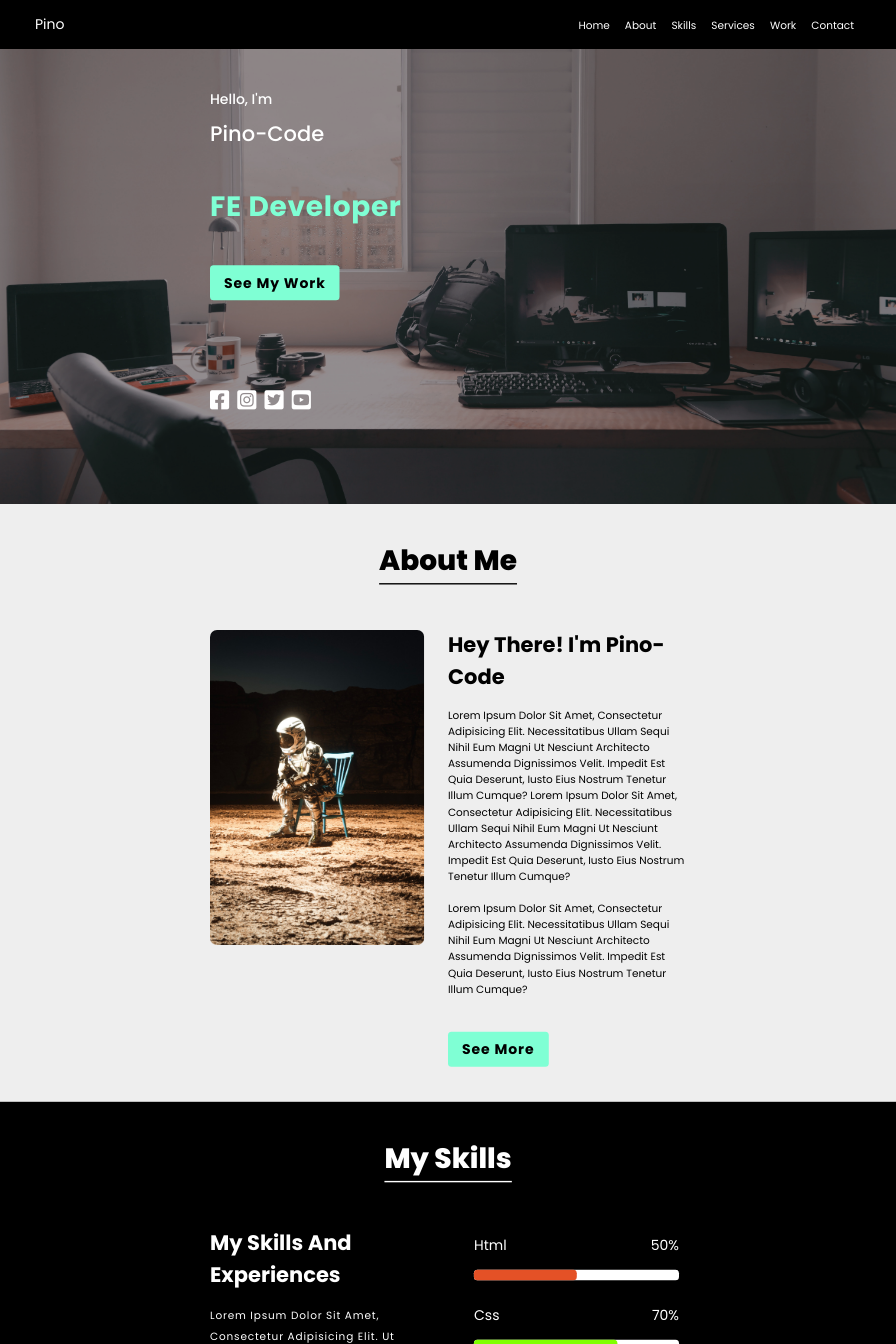
Repository: Pinocoding/New
Page: index.html
An editor plug-in stored every save of this project. The page is shown before and after the next save, followed by the edit.
The browser window is 1280 px wide. The pictures show the part of the page from y = 0 to 1920 px (the page is 7580 px tall before and 7589 px after), at 70% of full size.
Backgrounds fixed to the window are drawn as part of the page.

Above is the page before, as saved 2021-10-16 13:30:27.

### index.html
<!DOCTYPE html>
<html lang="en">
<head>
  <meta charset="UTF-8">
  <meta http-equiv="X-UA-Compatible" content="IE=edge">
  <meta name="viewport" content="width=device-width, initial-scale=1.0">
  <title>Document</title>
  <link rel="stylesheet" href="style.css">
  <link rel="stylesheet" href="https://cdnjs.cloudflare.com/ajax/libs/font-awesome/6.0.0-beta2/css/all.min.css" integrity="sha512-YWzhKL2whUzgiheMoBFwW8CKV4qpHQAEuvilg9FAn5VJUDwKZZxkJNuGM4XkWuk94WCrrwslk8yWNGmY1EduTA==" crossorigin="anonymous" referrerpolicy="no-referrer" />


</head>
<body>
  <!-- scrollt to top button -->
  <div class="scrollToTop-btn">
    <i class="fas fa-angle-up"></i>
  </div>
  <!-- header -->
  <header>
    <a href="#main" class="brand">Pino</a>
    <div class="menu-btn"></div>
    <div class="navigation">
        <a href="#main">home</a>
        <a href="#about">About</a>
        <a href="#skills">Skills</a>
        <a href="#services">Services</a>
        <a href="#work">Work</a>
        <a href="#contact">Contact</a>
    </div>
  </header>
  <!--  -->
  <!-- section main  -->
  <section class="main">
    <div class="layout"></div>
    <div class="content">
    <h2>hello, I'm<br><span>Pino-code</span></h2>
    <div class="animated-text">
      <h3>FE developer</h3>
      <h3>Best Yasuo TT 7</h3>
      <h3>Best NoVo CS GO</h3>
    </div>
    <a href="#about" class="btn">see my work</a>
    <div class="media-icon">
      <a href="#"><i class="fab fa-facebook-square"></i></a>
      <a href="#"><i class="fab fa-instagram-square"></i></a>
      <a href="#"><i class="fab fa-twitter-square"></i></a>
      <a href="#"><i class="fab fa-youtube-square"></i></a>
    </div>
  </div>

  </section>
  <!--  -->
  <!-- section about -->
  <section class="about" id="about">
    <!-- title -->
    <div class="title">
      <h2 class="section-title">
        about me
      </h2>
    </div>
    <!--  -->
    <!-- content -->
    <div class="content">
      <div class="column col-left">
        <div class="img-card">
          <img src="/img/002.jpg" alt="">
        </div>
      </div>
      <div class="column col-right">
        <h2 class="content-title">Hey there! i'm pino-code</h2>
        <p>Lorem ipsum dolor sit amet, consectetur adipisicing elit. Necessitatibus ullam sequi nihil eum magni ut nesciunt architecto assumenda dignissimos velit. Impedit est quia deserunt, iusto eius nostrum tenetur illum cumque?
          Lorem ipsum dolor sit amet, consectetur adipisicing elit. Necessitatibus ullam sequi nihil eum magni ut nesciunt architecto assumenda dignissimos velit. Impedit est quia deserunt, iusto eius nostrum tenetur illum cumque?
          <br>
          <br>
          Lorem ipsum dolor sit amet, consectetur adipisicing elit. Necessitatibus ullam sequi nihil eum magni ut nesciunt architecto assumenda dignissimos velit. Impedit est quia deserunt, iusto eius nostrum tenetur illum cumque?
        </p>
        <a href="#about" class="btn">See more</a>
      </div>
    </div>
      <!--  -->


    </section>
    <!--  -->

        <!-- section skills -->
    <section class="skills" id="skills">
      <div class="title">
        <h2 class="section-title">
          my skills
        </h2>
      </div>
      <div class="content">
        <div class="column col-left">
          <h2 class="content-title">
            my skills and experiences</h2>
            <p>Lorem ipsum dolor sit amet, consectetur adipisicing elit. Ut amet doloremque ratione quam quos dolores nesciunt nam eaque esse cum obcaecati voluptas unde, magnam mollitia ducimus libero! Ducimus, fugiat recusandae.<br>
            Lorem ipsum dolor sit amet consectetur, adipisicing elit. Voluptas quia expedita omnis perspiciatis, similique voluptates doloribus error odio vitae voluptatem pariatur repellat reiciendis laudantium, autem minus ad placeat facere accusantium?</be></p>
            <a href="#" class="btn">see more</a>
        </div>

      <div class="column col-right">
        <div class="bar">
          <div class="infor">
            <span>html</span>
            <span>50%</span>
          </div>
          <div class="line html"></div>
        </div>
        <div class="bar">
          <div class="infor">
            <span>css</span>
            <span>70%</span>
          </div>
          <div class="line css"></div>
        </div>
        <div class="bar">
          <div class="infor">
            <span>javascript</span>
            <span>20%</span>
          </div>
          <div class="line javascript"></div>
        </div>
        <div class="bar">
          <div class="infor">
            <span>jquery</span>
            <span>20%</span>
          </div>
          <div class="line jquery"></div>
        </div>
      </div>

      </div>
    </section>
    <!--  -->
    <!-- section services -->
<section class="services" id="services">
  <div class="title">
    <h2 class="section-title">
      my services
    </h2>
    <p>Lorem ipsum dolor sit amet consectetur adipisicing elit. Quasi, iusto. Odio tempore maxime minus nihil est nemo, impedit libero ipsa dolorem voluptatibus sed voluptatum, porro deserunt, sapiente tempora quae dolorum.</p>
  </div>
  <div class="content">
    <div class="card">
      <div class="service-icon">
        <i class='fas fa-palette'></i>
      </div>
      <div class="infor">
        <h3>web design</h3>
        <p>Lorem ipsum dolor sit amet consectetur adipisicing elit. Voluptate quibusdam debitis, ratione assumenda laudantium ullam fuga quos eos beatae commodi fugit a .

        </p>
      </div>

    </div>
    <div class="card">
      <div class="service-icon">
        <i class='far fa-file-code'></i>
      </div>
      <div class="infor">
        <h3>web development</h3>
        <p>Lorem ipsum dolor sit amet consectetur adipisicing elit. Voluptate quibusdam debitis, ratione assumenda laudantium ullam fuga quos eos beatae commodi fugit a . </p>
      </div>

    </div>
    <div class="card">
      <div class="service-icon">
        <i class='far fa-object-group'></i>
      </div>
      <div class="infor">
        <h3>motion graphic design</h3>
        <p>Lorem ipsum dolor sit amet consectetur adipisicing elit. Voluptate quibusdam debitis, ratione assumenda laudantium ullam fuga quos eos beatae commodi fugit a .</p>
      </div>

    </div>
  </div>


</section>
<!--  -->
<!-- section work  -->
<section class="work" id="work">
  <div class="title">
    <div class="section-title">my work</div>
  </div>
  <div class="content">
    <div class="card">
      <div class="card-img">
        <img src="/img/1.jpg" alt="">
      </div>
    </div>
    <div class="card">
      <div class="card-img">
        <img src="/img/2.jpg" alt="">
      </div>
    </div>
    <div class="card">
      <div class="card-img">
        <img src="/img/3.jpg" alt="">
      </div>
    </div>
    <div class="card">
      <div class="card-img">
        <img src="/img/4.jpg" alt="">
      </div>
    </div>
    <div class="card">
      <div class="card-img">
        <img src="/img/5.jpg" alt="">
      </div>
    </div>
    <div class="card">
      <div class="card-img">
        <img src="/img/boy.jpg" alt="">
      </div>




    </div>
    <div class="title">
      <a href="#" class="btn">See All</a>
    </div>



  </div>

</section>
<!--  -->

<!-- contact -->
<section class="contact" id="contact">
  <div class="title">
    <h2 class="section-title">
      contact Me
    </h2>
  </div>
  <div class="content">
    <div class="row">
      <div class="card">
        <div class="contact-icon">
          <i class="fas fa-map-marker-alt"></i>

        </div>
        <div class="infor">
          <h3>address</h3>
          <span>addess,city,country</span>
        </div>
        </div>
        <div class="card">
          <div class="contact-icon">
            <i class="fas fa-phone"></i>

          </div>
          <div class="infor">
            <h3>phone</h3>
            <span>+000000000</span>
          </div>
        </div>
          <div class="card">
            <div class="contact-icon">
              <i class="far fa-envelope"></i>

            </div>
            <div class="infor">
              <h3>email address</h3>
              <span>contact@email.com</span>
            </div>
          </div>
          <di class="card">
            <div class="contact-icon">
              <i class="fas fa-globe"></i>

            </div>
            <div class="infor">
              <h3>website</h3>
              <span>my website.com</span>
            </div>
          </di v>
    </div>
    <!-- quan trọng [form] -->
    <div class="row">
      <div class="contact-form">
        <h3>Send Message</h3>
        <div class="input-box">
          <input type="text" name="" value="" placeholder="Name">
        </div>
        <div class="input-box">
          <input type="text" name="" value="" placeholder="Email">
        </div>
        <div class="input-box">
          <textarea name="name" rows="8" cols="80" placeholder="Message"></textarea>
        </div>
        <div class="input-box">
          <input type="submit" class="send-btn" name="" value="send">
        </div>
      </div>

    </div>


</section>
<!--  -->
<!--  -->
<footer class="footer">
  <span class="footer-title">
    pino-code
  </span>
<p>copyright @2021 <a href="#">Pino-code</a> .All rights reserved</p>
</footer>
  <script
  src="https://code.jquery.com/jquery-3.6.0.js"
  integrity="sha256-H+K7U5CnXl1h5ywQfKtSj8PCmoN9aaq30gDh27Xc0jk="
  crossorigin="anonymous"></script>
  <script src="function.js"></script>
</body>
</html>

### style.css
/* @import url("https://fonts.googleapis.com/css2?family=Comic+Neue:wght@400;700&display=swap"); */
@import url("https://fonts.googleapis.com/css2?family=Poppins:wght@300;400;500;700;800&display=swap");
* {
  font-size: 62.5%;
  /* font-family: "Comic Neue", cursive; */
  font-family: "Poppins", sans-serif;
  margin: 0;
  padding: 0;
  box-sizing: border-box;
  text-transform: capitalize;
  /* kéo mượt chuột */
  scroll-behavior: smooth;
  /*  */
}
/* sroll to top button  */
.scrollToTop-btn {
  display: none;
}
body {
  min-height: 110vh;
  background: #eee;
}
/* for header */
header {
  position: fixed;
  z-index: 99;
  background: rgb(0, 0, 0);
  top: 0;
  left: 0;
  width: 100%;
  padding: 2rem 5rem;
  display: flex;
  justify-content: space-between;
  align-items: center;
}
/* hover navigation */
header .navigation a:hover {
  color: aquamarine;
}
/*header sticky */
header.sticky {
  background: rgba(0, 0, 0, 0.26);
}
/*  */
header .brand {
  text-decoration: none;
  font-size: 2rem;
  color: white;
}
header .navigation a {
  font-size: 1.5rem;
  text-decoration: none;
  color: white;
  padding: 0 1rem;
}
/*  */
section {
  padding: 5rem 30rem;
}
/* for banner */
.main {
  position: relative;
  width: 100%;
  min-height: 100vh;
  display: flex;
  align-items: center;
  background: url("/img/0.jpg") no-repeat;
  background-size: cover;
  background-position: center;
  background-attachment: fixed;
  z-index: 1;
}
.main .layout {
  position: absolute;
  top: 0;
  left: 0;
  width: 100%;
  height: 100%;
  background: black;
  opacity: 0.3;
  z-index: -1;
}
.main .content {
  max-width: 100rem;
}
.main .content h2 {
  margin-bottom: 5rem;
  color: white;
  font-size: 2rem;
  font-weight: 500;
  line-height: 5rem;
}
.main .content h2 span {
  font-size: 3rem;
}

.animated-text {
  position: relative;
  height: 6rem;
  overflow: hidden;
}
.animated-text h3 {
  color: aquamarine;
  font-size: 4rem;
  font-weight: 700;
  line-height: 60px;
  letter-spacing: 1px;
}
/* animated text for h3 */
.animated-text h3:nth-child(1) {
  animation: text-move 7s infinite;
}
@keyframes text-move {
  0% {
    margin-top: 0;
  }
  25% {
    margin-top: -60px;
  }
  50% {
    margin-top: -120px;
  }
  100% {
    margin-top: 0;
  }
}
/*  */
.btn {
  margin-top: 5rem;
  color: black;
  background: aquamarine;
  font-size: 2rem;
  font-weight: 700;
  display: inline-block;
  padding: 10px 20px;
  text-decoration: none;
  letter-spacing: 1.3px;
  border-radius: 5px;
  /* box-shadow: -1px 5px 10px #888888; */
  transition: 0.5s ease;
}
.btn:hover {
  transform: scale(1.1);
}

.media-icon {
  margin-top: 10rem;
}
.media-icon a {
  color: white;
  font-size: 5rem;
  margin-right: 1rem;
  transition-property: transform, color;
  transition: 0.2s;
}
.media-icon a:hover i {
  color: aquamarine;
  transform: translateY(-2px);
  transition: 0.2s;
}
/*  */
/* for section about  */
.title {
  width: 100%;
  display: flex;
  justify-content: center;
  align-items: center;
  flex-direction: column;
}
/* gach dưới , chấm */
.section-title {
  text-transform: capitalize;
  position: relative;
  color: black;
  font-size: 4rem;
  font-weight: 800;
  margin-bottom: 5rem;
}
.section-title:after {
  content: "";
  position: absolute;
  top: 105%;
  left: 50%;
  width: 100%;
  height: 2px;
  transform: translateX(-50%);
  background: currentColor;
}

/*  */
/*  content */
.about .content {
  position: relative;
  width: 100%;
  display: flex;
  justify-content: space-between;
  margin-top: 2rem;
}
/* content > col-left */
.about .content .col-left {
  position: relative;
  width: 45%;
}
.about .content .col-left .img-card {
  position: relative;
  width: 100%;
  min-height: 45rem;
}
.about .content .col-left .img-card img {
  position: absolute;
  top: 0;
  left: 0;
  width: 100%;
  height: 100%;
  object-fit: cover;
  border-radius: 10px;
}
/* content > col-right */
.about .content .col-right {
  width: 50%;
  position: relative;
}
.content-title {
  font-size: 3rem;
  margin-bottom: 2rem;
}
.about .content .col-right p {
  font-size: 1.5rem;
}
/* .column .btn {
  margin-top: 9rem;
  color: black;
  background: linear-gradient(to top left, aquamarine, transparent);
  font-size: 2rem;
  font-weight: 700;
  display: inline-block;
  padding: 15px 20px;
  text-decoration: uppercase;
  text-decoration: none;
  letter-spacing: 1px;
  border-radius: 10px;
  box-shadow: -1px 5px 10px #888888;
  transition: 0.5s ease;
}
.btn:hover {
  transform: scale(1.1);
} */
/*  */
/* skills */
.skills {
  background: black;
}
.skills .section-title {
  color: white;
}

.skills .section-title::before {
  background: currentColor;
}
.skills .content {
  position: relative;
  width: 100%;
  display: flex;
  justify-content: space-between;
  color: white;
  margin-top: 2rem;
}
/* skills => col-left */
.skills .content .col-left {
  position: relative;
  width: 46%;
}
/*  */
/* skills => col-right */
.skills .content .col-right {
  position: relative;
  width: 46%;
}
.skills .content .col-right .bar {
  margin-bottom: 15px;
  padding: 10px;
}
.skills .content .col-right .bar .infor {
  display: flex;
  align-items: center;
  justify-content: space-between;
  margin-bottom: 2rem;
}

.skills .content .col-right .bar .infor span {
  font-size: 2rem;
}
/* thanh % */
.skills .content .col-right .bar .line {
  position: relative;
  width: 100%;
  height: 15px;
  border-radius: 5px;
  background: white;
}
.skills .content .col-right .bar .line::before {
  content: "";
  position: absolute;
  top: 0;
  left: 0;

  height: 100%;
  /* background-color: rgb(42, 40, 136); */
  border-radius: 5px;
}
.skills .content .col-right .bar .html::before {
  width: 50%;
  background: #e45126;
}
.skills .content .col-right .bar .css::before {
  width: 70%;
  background-color: chartreuse;
}
.skills .content .col-right .bar .javascript::before {
  width: 20%;
  background-color: rgb(0, 60, 255);
}
.skills .content .col-right .bar .jquery::before {
  width: 20%;
  background-color: rgb(0, 38, 255);
}

/*  */
.skills p {
  font-size: 1.5rem;
  line-height: 3rem;
  letter-spacing: 1.2px;
}
/* .skills .content .btn {
  margin-top: 2rem;
  color: white;

  background: linear-gradient(to top left, aquamarine, transparent);
  font-size: 2rem;
  font-weight: 700;
  display: inline-block;
  padding: 15px 20px;
  text-decoration: uppercase;

  letter-spacing: 1px;
  border-radius: 10px;

  transition: 0.5s ease;
}
.btn:hover {
  transform: scale(1.1);
} */
/*  */
/* for services */
.services .content {
  display: flex;
  justify-content: center;
  flex-wrap: wrap;
  flex-direction: row;
  margin-top: 20px;
}
.title p {
  font-size: 2rem;
  text-align: center;
  width: 80%;
}

.services .content .card {
  background-color: white;
  width: 34rem;
  margin: 10px;
  padding: 25px;
  justify-content: center;
  align-items: center;
  flex-direction: column;
  box-shadow: 0 5px 25px rgba(1 1 1 /15%);
  border-radius: 10px;
}
.services .content .card .service-icon i {
  color: #3a6cf4;
  display: flex;
  justify-content: center;
  align-items: center;
  font-size: 13rem;

  text-align: center;
  transition: transform 0.3s ease;
  margin-bottom: 1rem;
}
.services .content .card:hover .service-icon i {
  transform: scale(1.2);
}
.services .content .card .infor {
  text-align: center;
}
.services .content .card .infor p {
  font-size: 1.5rem;
  text-align: center;
}
.services .content .card .infor h3 {
  font-size: 2rem;
  color: #3a6cf4;
  font-weight: 500;
  margin-bottom: 2rem;
}
/*  */
/* section work */
.work {
  background: black;
}
.work .content {
  display: flex;
  justify-content: center;
  align-items: center;
  flex-direction: row;
  flex-wrap: wrap;
  margin-top: 20px;
}
.work .content .card {
  width: 34rem;
  margin: 15px;
}
.work .content .card .card-img {
  position: relative;
  width: 100%;
  height: 26rem;
  overflow: hidden;
  border-radius: 2rem;
}
.work .content .card .card-img img {
  position: absolute;
  top: 0;
  left: 0;
  width: 100%;
  height: 100%;
  object-fit: cover;
  transition: transform 0.3s ease;
}
.work .content .card .card-img img:hover {
  transform: scale(1.2);
}
.work .section-title {
  color: white;
}
.work .section-title::before {
  background: currentColor;
}
/* for contact */
.contact .content {
  display: flex;
  justify-content: center;
  flex-wrap: wrap;
  flex-direction: column;
  margin-top: 20px;
}
.contact .content .row {
  display: flex;
  justify-content: center;
  flex-wrap: wrap;
  flex-direction: row;
}
.contact .content .row .card {
  background: white;
  width: 240px;
  margin: 2rem;
  padding: 25px;
  display: flex;
  justify-content: center;
  align-items: center;
  flex-direction: column;
  box-shadow: 0 5px 25px rgba(1 1 1 /15%);
  border-radius: 10px;
}
.contact .content .row .card .contact-icon {
  font-size: 15rem;
  display: flex;
  justify-content: center;
  align-items: center;
  margin-bottom: 2rem;
  color: #3a6cf4;
}
.contact .content .row .card:hover .contact-icon {
  transform: translateY(-10px);
  transition: 0.3s;
}
.contact .content .row .card .infor {
  text-align: center;
}
.contact .content .row .card .infor h3 {
  font-size: 2rem;
  margin-bottom: 1rem;
}
.contact .content .row .card .infor span {
  font-size: 1.5rem;
  letter-spacing: 1.5px;
}
/* important */
.contact-form {
  background: white;
  max-width: 60rem;
  margin-top: 50px;
  padding: 50px;
  border-radius: 10px;
  box-shadow: 0 5px 25px rgba(1 1 1 /15%);
}
.contact-form h3 {
  color: #111;
  font-size: 2rem;
  font-weight: 600;
  margin-bottom: 40px;
}
.contact-form .input-box {
  position: relative;
  width: 100%;
  margin-bottom: 20px;
}
.contact-form .input-box input,
.contact-form .input-box textarea {
  color: #111;
  width: 100%;
  padding: 10px;
  font-size: 1.5rem;
  border-radius: 4px;
  outline: none;
  border: 1px solid black;
  resize: none;
}
.contact-form .input-box .send-btn {
  color: white;
  background: #3a6cf4;
  /* display: inline-block; */
  font-size: 1.5rem;
  font-weight: 500;
  letter-spacing: 2px;
  width: 100%;
  border: none;
  text-transform: uppercase;
  cursor: pointer;
  transition: 0.3s ease;
}
.contact-form .input-box .send-btn:hover {
  background: #235bf6;
}
/*  */
/* footer  */
.footer {
  background: #000016;
  color: white;
  text-align: center;
  padding: 2rem;
}
.footer .footer-title {
  font-size: 2rem;
  font-weight: 600;
}
.footer p {
  font-size: 16px;
  margin-top: 1rem;
}
.footer p a {
  color: aquamarine;
  font-weight: 600;
  font-size: 16px;
  text-decoration: none;
}
/*  */
@media (max-width: 1040px) {
  /* respon  cho menu   */
  header {
    padding: 12px 20px;
  }
  /*  làm  menubtn > closebtn */
  header .menu-btn {
    position: absolute;
    background: url("img/NicePng_button-png_147111.png") no-repeat;
    width: 40px;
    height: 40px;
    filter: invert(1);

    background-size: 40px;
    background-position: center;
    right: 0;
    margin: 0 20px;
    cursor: pointer;
    transition: 0.3s ease;
  }
  header .menu-btn.active {
    z-index: 99;
    background: url("img/close-circular-button-symbol.png") no-repeat;
    top: 0.5rem;
    right: 18rem;
    width: 40px;
    height: 40px;
    filter: invert(1);

    background-size: 40px;
    background-position: center;
    transition: 0.3s ease;
  }
  /*  */
  /* làm navigation > navigation active  */
  header .navigation {
    /* position: relative; */
    display: none;
  }
  header .navigation.active {
    z-index: 88;
    position: fixed;
    background-color: rgba(0, 0, 0, 0.527);
    top: 0;
    right: 0;
    width: 25rem;
    height: 100%;
    display: flex;
    flex-direction: column;
    justify-content: center;
    align-items: center;
    transition: 0.3s ease;
  }
  header .navigation a {
    color: white;
    font-weight: 500;
    font-size: 2rem;

    margin-bottom: 2rem;
    padding: 1rem 2rem;
    border-radius: 10px;
    transition: 0.2s ease;
  }
  header .navigation a:hover {
    background: aquamarine;
    color: black;
  }
  /* for  banner*/
  section {
    padding: 5rem 1rem;
  }
  .btn {
    margin-top: 2rem;
  }

  /* setion about me  */
  .content-title {
    font-size: 2rem;
    margin: 2rem 0;
  }
  .about .content {
    position: relative;
    flex-direction: column;
  }
  .about .content .column {
    width: 100%;
  }
  .about .content .col-right p {
    overflow: hidden;
    text-overflow: ellipsis;
    -webkit-line-clamp: 10;
    -webkit-box-orient: vertical;
    display: -webkit-box;
  }
  /*  */
  /* section mystkills */
  .skills .content {
    flex-direction: column;
  }
  .skills .content .column {
    position: relative;
    width: 100%;
  }
  /* section services */
  /* .services .content {
    flex-direction: column;
    padding: 0 2rem;
  } */
  .services .content .card {
    width: 100%;
  }
  .scrollToTop-btn {
    position: fixed;
    z-index: 99;
    background: aquamarine;
    color: black;
    width: 5rem;
    height: 5rem;
    right: 0;
    bottom: 2rem;
  }
}

### function.js
// js for navication bar on scroll
window.addEventListener("scroll", function () {
  const header = document.querySelector("header");
  header.classList.toggle("sticky", window.scrollY > 0);
});

//  js for  menubtn $ navigation bar
const menuBtn = document.querySelector(".menu-btn");
const navigation = document.querySelector(".navigation");

menuBtn.addEventListener("click", () => {
  menuBtn.classList.toggle("active");
  navigation.classList.toggle("active");
});

const navigationItems = document.querySelectorAll(".navigation a");

navigationItems.forEach((navigationItem) => {
  navigationItem.addEventListener("click", () => {
    menuBtn.classList.remove("active");
    navigation.classList.remove("active");
  });
});

After the next save:
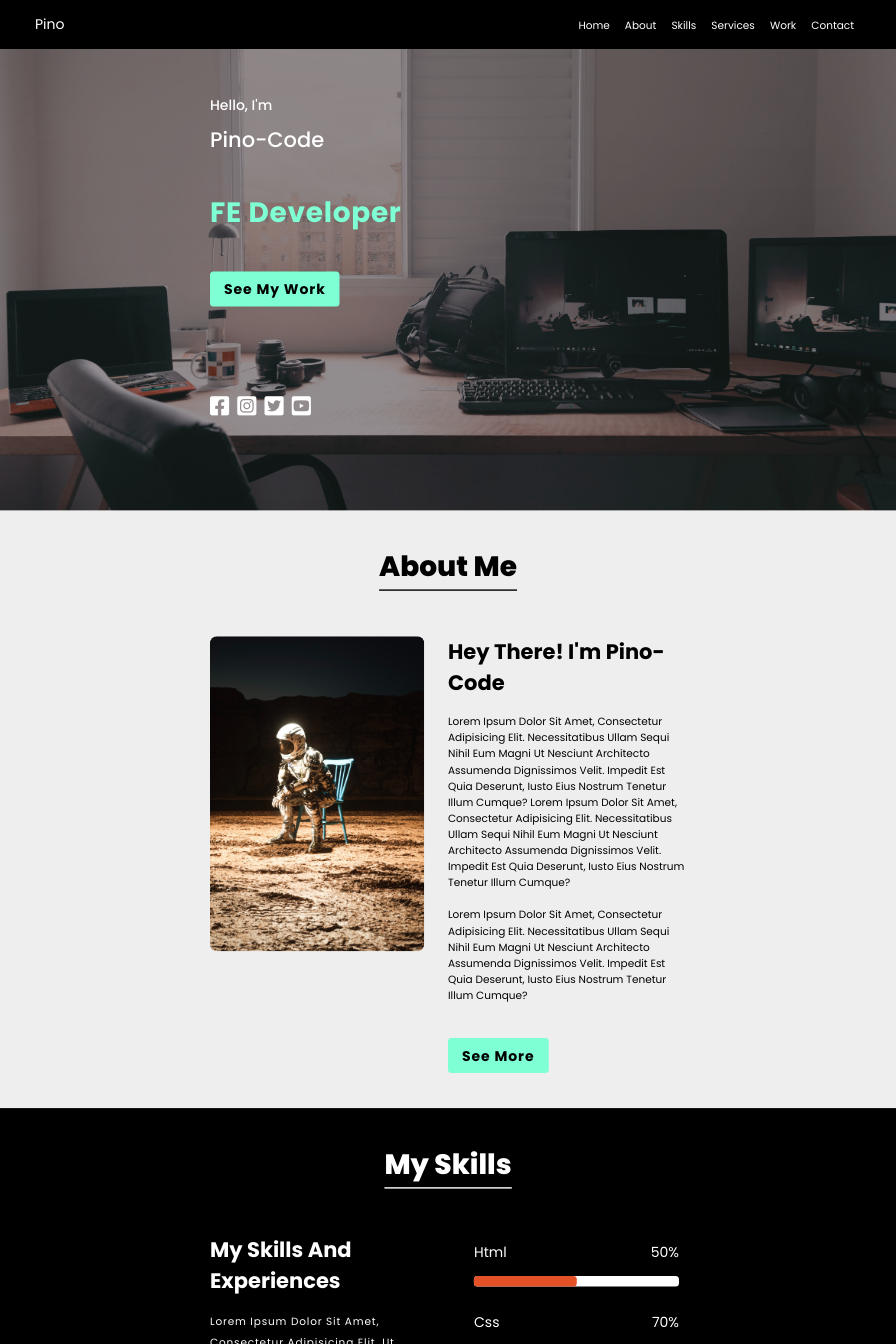
Saved 11 s later.
--- a/style.css
+++ b/style.css
@@ -13,9 +13,7 @@
   /*  */
 }
 /* sroll to top button  */
-.scrollToTop-btn {
-  display: none;
-}
+
 body {
   min-height: 110vh;
   background: #eee;
